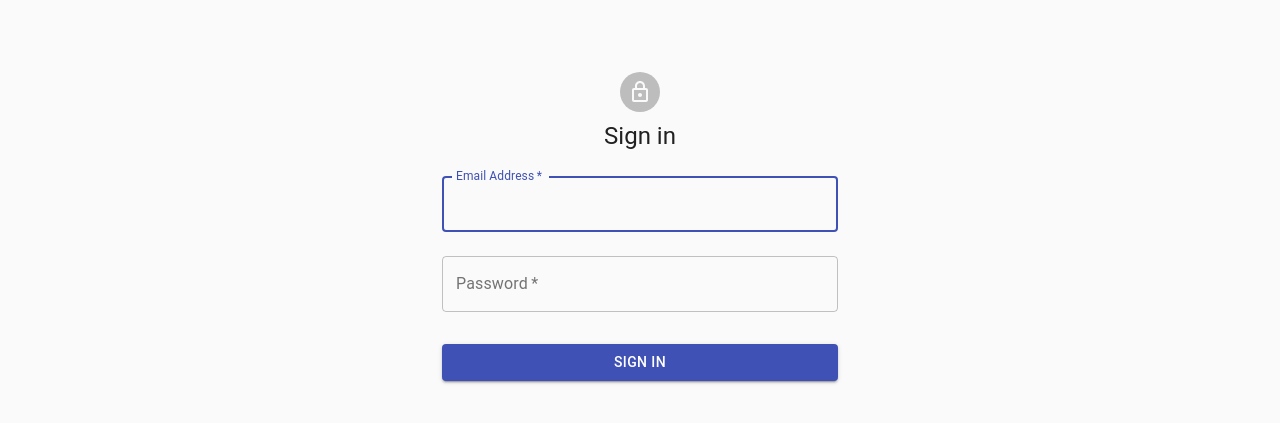
Repository: imayankbisht/ludofrontend
Page: /
The author's editor kept a copy of each file at every save. The page is drawn from the files as they stood at one save, then again after a run of saves.
The browser window is 1280 px wide. The pictures show the whole page.
The project was rebuilt for these pictures with package versions that can differ from the ones it lists, and the page was loaded fresh each time. Also part of the build but not shown: src/components/Title.js, src/components/Chart.js, src/components/Deposits.js, src/components/Dashboard.js.

Above is the page before, as saved 2021-01-16 13:07:16.

### src/App.js
import React from 'react';
import './App.css';
import {
  BrowserRouter as Router,
  Switch,
  Route,
 Redirect
} from "react-router-dom";
// import SignInOutContainer from './containers';
import Dashboard from './components/Dashboard';
import Login from './components/login';
 function App() {
  return (
    <div className="App">
  <Router >
    <Switch>
      <Route path="/login" component={Login} />
      <Route path="/Dashboard" component={Dashboard} />
      <Redirect from="/" to="/login" />
    </Switch>
  </Router>
      </div>
  );
}


export default App;

### src/App.css
.App {
  /* text-align: center; */

}

.App-logo {
  height: 40vmin;
  pointer-events: none;
}

@media (prefers-reduced-motion: no-preference) {
  .App-logo {
    animation: App-logo-spin infinite 20s linear;
  }
}

.App-header {
  background-color: #282c34;
  min-height: 100vh;
  display: flex;
  flex-direction: column;
  align-items: center;
  justify-content: center;
  font-size: calc(10px + 2vmin);
  color: white;
}

.App-link {
  color: #61dafb;
}

@keyframes App-logo-spin {
  from {
    transform: rotate(0deg);
  }
  to {
    transform: rotate(360deg);
  }
}

### src/components/login.js
import React,{useState} from 'react';
import Avatar from '@material-ui/core/Avatar';
import Button from '@material-ui/core/Button';
import CssBaseline from '@material-ui/core/CssBaseline';
import TextField from '@material-ui/core/TextField';
import FormControlLabel from '@material-ui/core/FormControlLabel';
import Checkbox from '@material-ui/core/Checkbox';
// import Link from '@material-ui/core/Link';
import Grid from '@material-ui/core/Grid';
import Box from '@material-ui/core/Box';
import LockOutlinedIcon from '@material-ui/icons/LockOutlined';
import Typography from '@material-ui/core/Typography';
import { makeStyles } from '@material-ui/core/styles';
import Container from '@material-ui/core/Container';
import axios from '../axios';
import Dashboard from './Dashboard';
import {Link} from 'react-router-dom';
const useStyles = makeStyles((theme) => ({
  paper: {
    marginTop: theme.spacing(8),
    display: 'flex',
    flexDirection: 'column',
    alignItems: 'center',
  },
  avatar: {
    margin: theme.spacing(1),
    backgroundColor: theme.palette.grey.main,
  },
  form: {
    width: '100%', // Fix IE 11 issue.
    marginTop: theme.spacing(1),
  },
  submit: {
    margin: theme.spacing(3, 0, 2),
  },
}));

export default function Login() {
  const classes = useStyles();
  const [email, setEmail] = useState("");
  const [password, setPassword] = useState("");
  const sendLoginData = () => {
    // e.preventDefault();
    const headers = {
        "content-type": "application/json"

    };
    // console.log(email,password);
    const userData = {
        email: email,
        password: password,
    };
    axios.post("/user/login", userData, { headers })

        .then((response) => {
            console.log(" login Success ===>", response.data);

        })
        .catch((error) => {
            console.log("Error ===>", error);
        });

    setEmail("");
    setPassword("");
};
  return (
    <Container component="main" maxWidth="xs">
      <CssBaseline />
      <div className={classes.paper}>
        <Avatar className={classes.avatar}>
          <LockOutlinedIcon />
        </Avatar>
        <Typography component="h1" variant="h5">
          Sign in
        </Typography>
        <form className={classes.form} noValidate>
          <TextField
            variant="outlined"
            margin="normal"
            required
            fullWidth
            id="email"
            label="Email Address"
            name="email"
            autoComplete="email"
            value={email}
            onChange={e => setEmail(e.target.value)}
            autoFocus
          />
          <TextField
            variant="outlined"
            margin="normal"
            required
            fullWidth
            name="password"
            label="Password"
            type="password"
            id="password"
            autoComplete="current-password"
            value={password}
            onChange={e => setPassword(e.target.value)}
          />
          {/* <FormControlLabel
            control={<Checkbox value="remember" color="primary" />}
            label="Remember me"
          /> */}
          <Link to="Dashboard">
          <Button
            type="submit"
            fullWidth
            variant="contained"
            color="primary"
            className={classes.submit}
            onClick={(e) => {
              sendLoginData(e);

          }}
          >
            Sign In
          </Button>
          </Link>
          {/* <Grid container>
            <Grid item xs>
              <Link href="#" variant="body2">
                Forgot password?
              </Link>
            </Grid>
            <Grid item>
              <Link href={SignUp} variant="body2">
                {"Don't have an account? Sign Up"}
              </Link>

            </Grid>
          </Grid> */}
        </form>
      </div>

    </Container>
  );
}

### src/components/listItems.js
import React from 'react';
import ListItem from '@material-ui/core/ListItem';
import ListItemIcon from '@material-ui/core/ListItemIcon';
import ListItemText from '@material-ui/core/ListItemText';
import ListSubheader from '@material-ui/core/ListSubheader';
import DashboardIcon from '@material-ui/icons/Dashboard';
import ShoppingCartIcon from '@material-ui/icons/ShoppingCart';
import PeopleIcon from '@material-ui/icons/People';
import BarChartIcon from '@material-ui/icons/BarChart';
import LayersIcon from '@material-ui/icons/Layers';
import AssignmentIcon from '@material-ui/icons/Assignment';

export const mainListItems = (
  <div>
    <ListItem button>
      <ListItemIcon>
        <DashboardIcon />
      </ListItemIcon>
      <ListItemText primary="Dashboard" />
    </ListItem>
    <ListItem button>
      <ListItemIcon>
        <ShoppingCartIcon />
      </ListItemIcon>
      <ListItemText primary="BalanceSheet" />
    </ListItem>
    <ListItem button>
      <ListItemIcon>
        <PeopleIcon />
      </ListItemIcon>
      <ListItemText primary="Users" />
    </ListItem>
    <ListItem button>
      <ListItemIcon>
        <BarChartIcon />
      </ListItemIcon>
      <ListItemText primary="Reports" />
    </ListItem>

  </div>
);

export const secondaryListItems = (
  <div>
    <ListSubheader inset>Player history</ListSubheader>
    <ListItem button>
      <ListItemIcon>
        <AssignmentIcon />
      </ListItemIcon>
      <ListItemText primary="Deposit" />
    </ListItem>
    <ListItem button>
      <ListItemIcon>
        <AssignmentIcon />
      </ListItemIcon>
      <ListItemText primary="Rake" />
    </ListItem>
    <ListItem button>
      <ListItemIcon>
        <AssignmentIcon />
      </ListItemIcon>
      <ListItemText primary="Refund" />
    </ListItem>
    <ListItem button>
      <ListItemIcon>
        <AssignmentIcon />
      </ListItemIcon>
      <ListItemText primary="Withdrawl" />
    </ListItem>
  </div>
);

### src/axios.js
import axios from "axios";

const instance = axios.create({
    baseURL: "https://ylrwt.sse.codesandbox.io"
})

export default instance;

Loaded but not shown: public/index.html (common file); src/index.js (common file); src/index.css (common file); src/serviceWorker.js (common file)

After the next 10 saves:
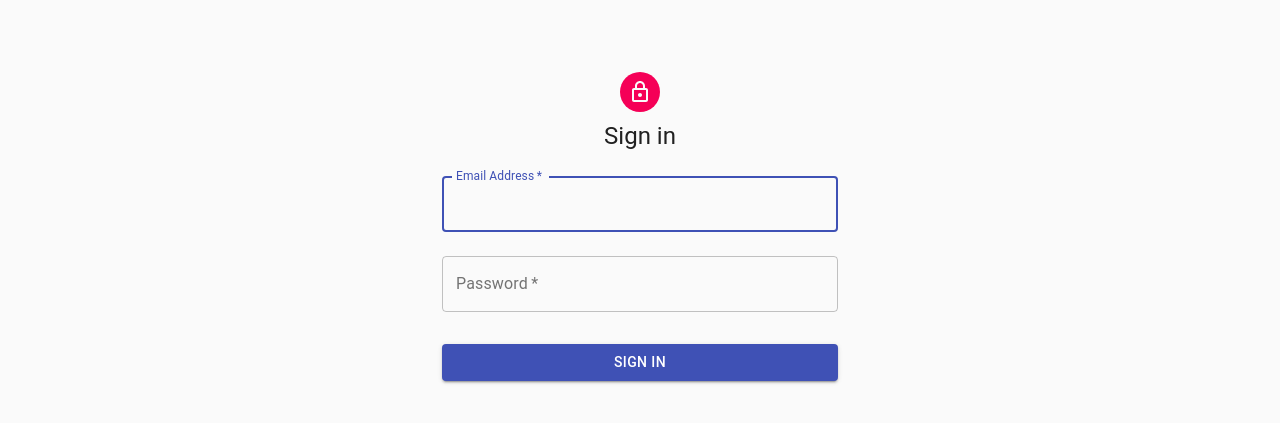
The 10 saves are shown as one change because 3 did not build or start and some came seconds apart.
The last was saved 54 s later.
--- a/src/components/login.js
+++ b/src/components/login.js
@@ -24,7 +24,7 @@ const useStyles = makeStyles((theme) => ({
   },
   avatar: {
     margin: theme.spacing(1),
-    backgroundColor: theme.palette.grey.main,
+    backgroundColor: theme.palette.secondary.main,
   },
   form: {
     width: '100%', // Fix IE 11 issue.
